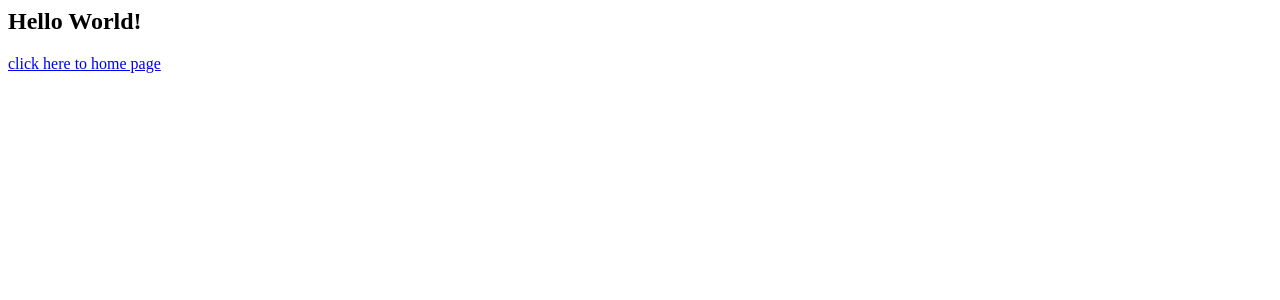
Repository: siddhesh999/SPRING-MVC
Page: http://localhost/springmvc/
The author's editor kept a copy of each file at every save. The page is drawn from the files as they stood at one save, then again after the next save.
The browser window is 1280 px wide. The pictures show the whole page.
The page is served by Tomcat 9.

Above is the page before, as saved 2022-01-06 09:29:55.

After the next save:
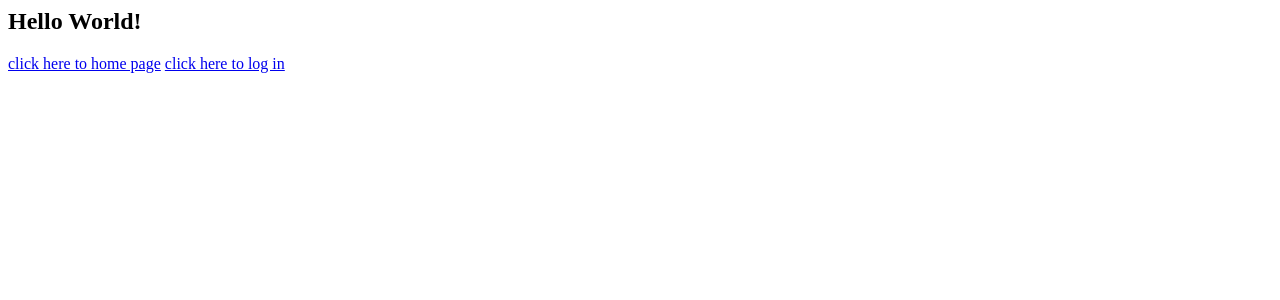
Saved 25 min 45 s later.
--- a/springmvc/src/main/webapp/index.jsp
+++ b/springmvc/src/main/webapp/index.jsp
@@ -2,5 +2,7 @@
 <body>
 <h2>Hello World!</h2>
 <a href="home.jsp">click here to home page</a>
+
+<a href="login.jsp">click here to log in </a>
 </body>
 </html>
